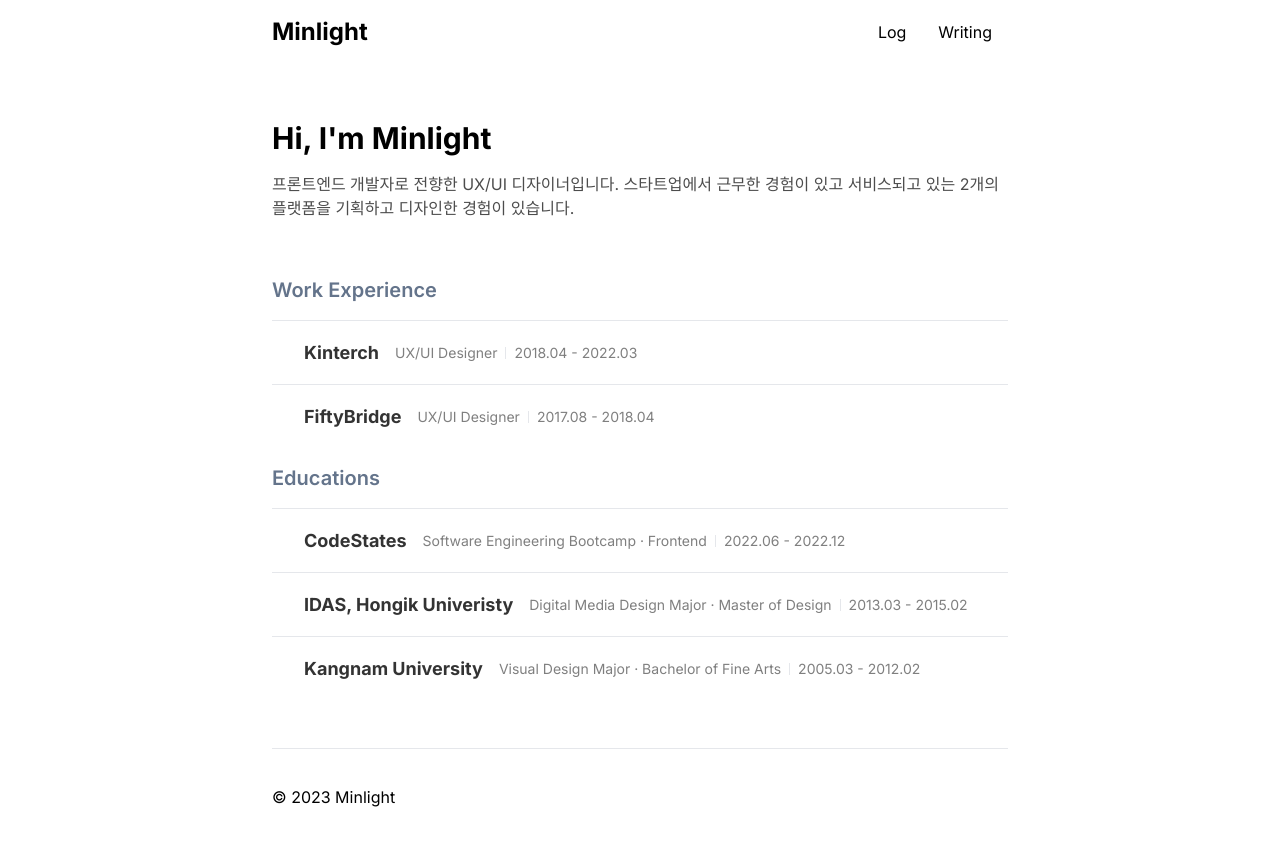
Repository: kwngmin/minlight-log
Page: /
The author's editor kept a copy of each file at every save. The page is drawn from the files as they stood at one save, then again after the next save.
The browser window is 1280 px wide. The pictures show the whole page.
The project was rebuilt for these pictures with package versions that can differ from the ones it lists, and the page was loaded fresh each time. The framework's server and built-in components were replaced by stand-ins that run in the browser. Also part of the build but not shown: next.config.js.

Above is the page before, as saved 2023-04-04 16:34:07.

After the next save:
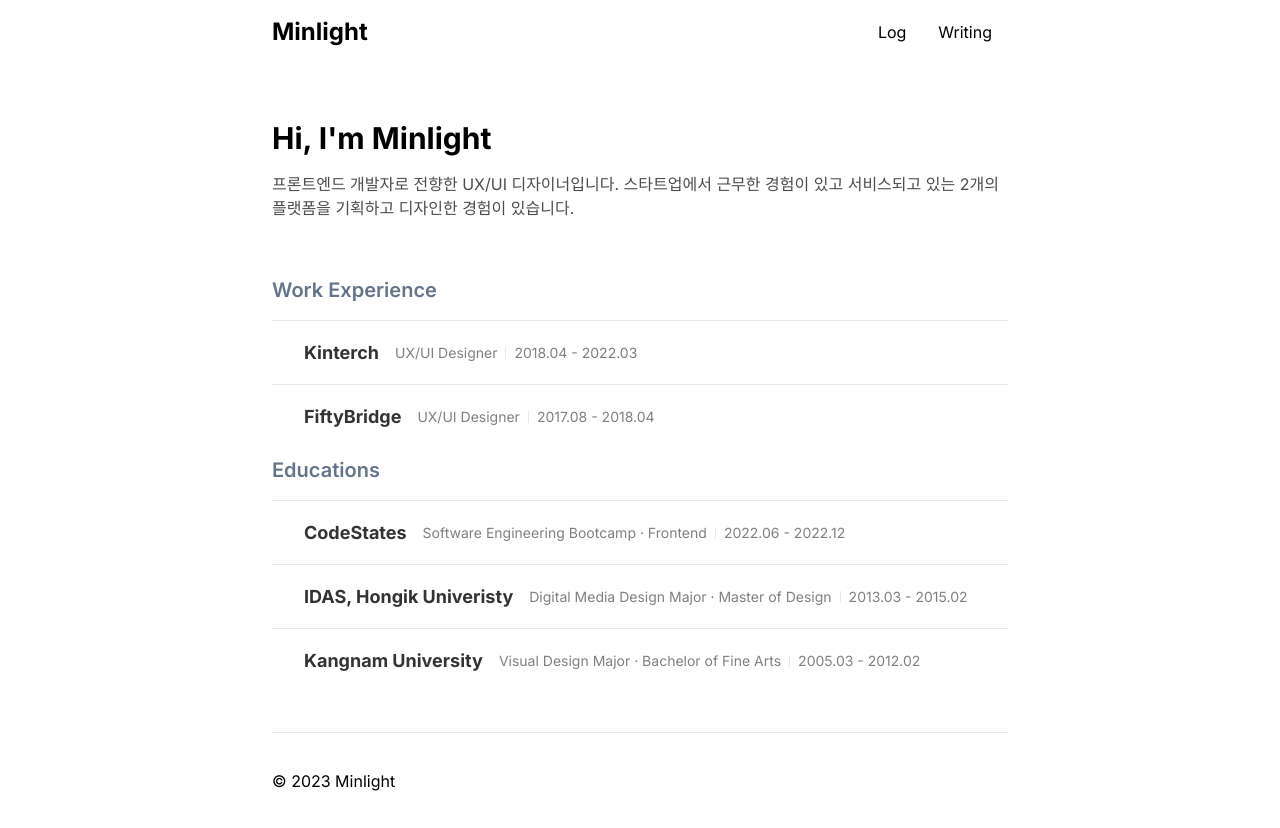
Saved 45 s later.
--- a/src/components/Table.tsx
+++ b/src/components/Table.tsx
@@ -9,7 +9,7 @@
 
 export default function Table({ tableData, subject }: Props) {
   return (
-    <article className="pb-4">
+    <article className="pb-2">
       <h2 className="text-left text-xl font-semibold text-slate-500 pb-6 lg:pb-4">
         {subject}
       </h2>

After the save that followed:
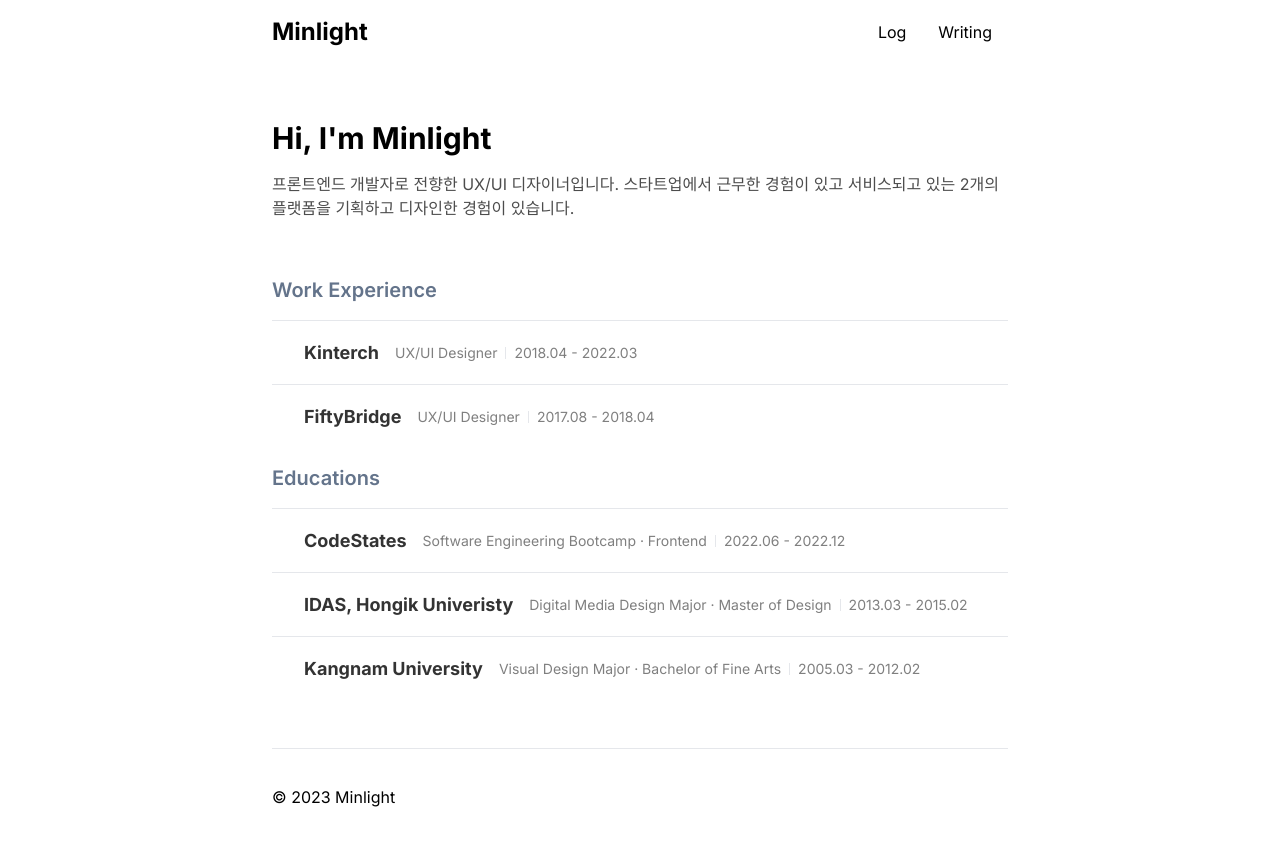
Saved 4 s later.
--- a/src/components/Table.tsx
+++ b/src/components/Table.tsx
@@ -9,7 +9,7 @@
 
 export default function Table({ tableData, subject }: Props) {
   return (
-    <article className="pb-2">
+    <article className="pb-4">
       <h2 className="text-left text-xl font-semibold text-slate-500 pb-6 lg:pb-4">
         {subject}
       </h2>
